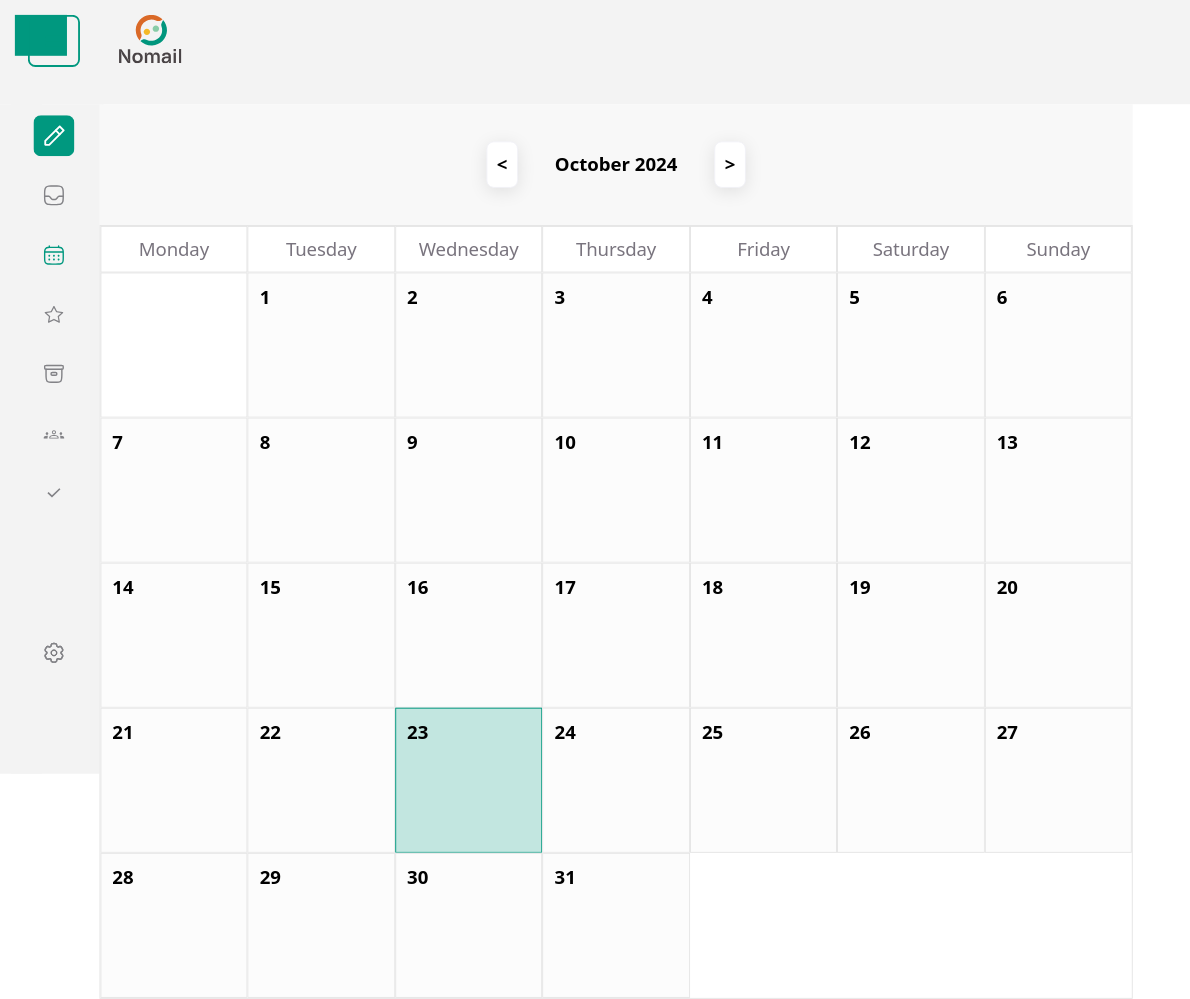
Repository: Tofigkh1/Nomail-App
Page: /calendar
These files come from the project's save history. The page is drawn as it stood at one moment and after the next save; the edit follows.
The browser window is 1280 px wide. The pictures show the whole page, at 93% of full size.
The project was rebuilt for these pictures with package versions that can differ from the ones it lists, and the page was loaded fresh each time. The framework's server and built-in components were replaced by stand-ins that run in the browser. Also part of the build but not shown: next.config.mjs, components/shared/svg/calendarSvg.jsx.

Above is the page before, as saved 2024-10-23 03:25:05.

After the next save:
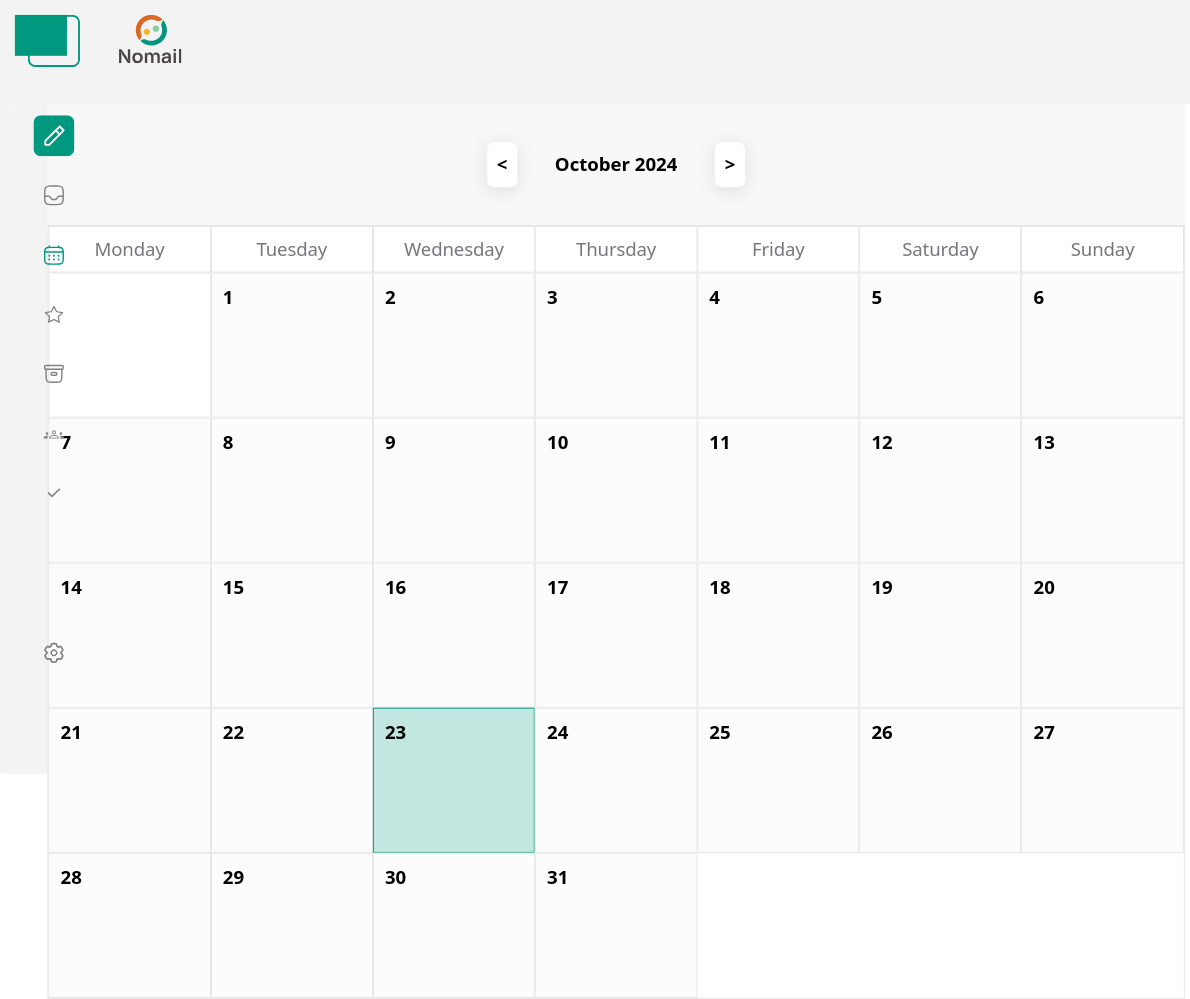
Saved 9 s later.
--- a/components/shared/client/Calendar/Calendar.css
+++ b/components/shared/client/Calendar/Calendar.css
@@ -1,5 +1,5 @@
 .calendar-container {
-    width: 90%;
+    width: 99%;
     background-color: #f8f8f8;
     color: black;
     margin: 0 auto;
